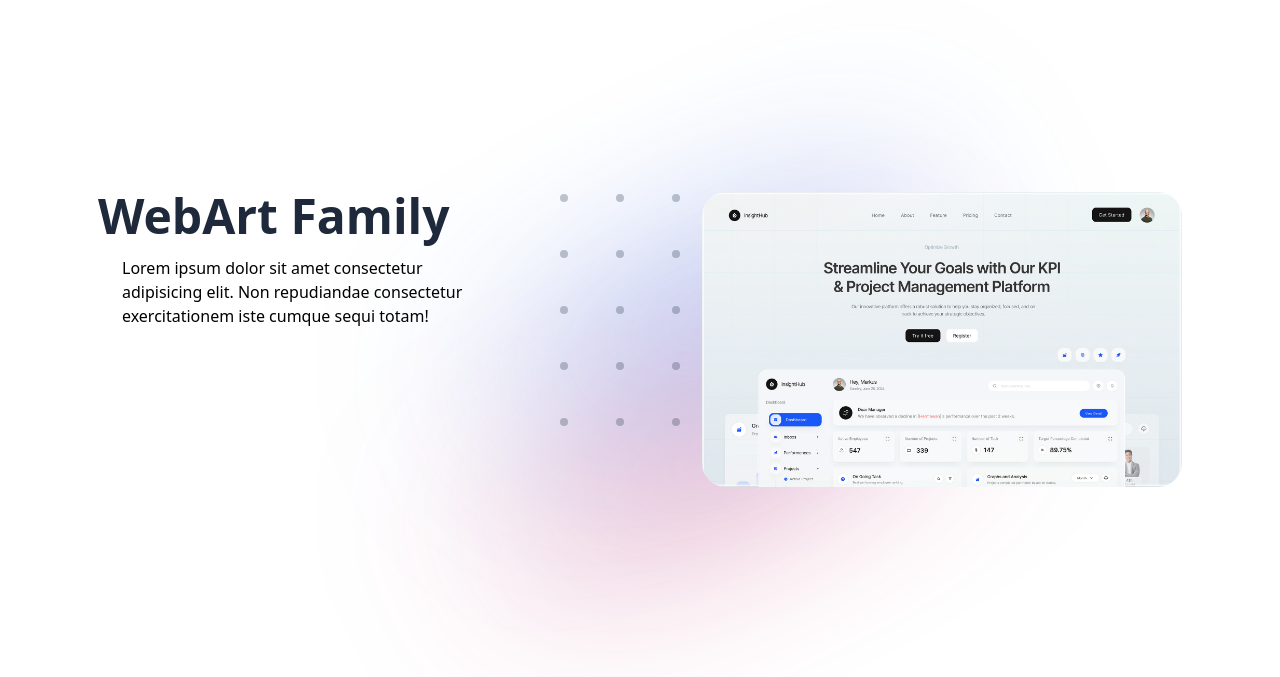
Repository: 30namp/youtube-web-art-code
Page: stunning landing page 1/index.html
An editor plug-in stored every save of this project. The page is shown before and after a run of saves, followed by the edit.
The browser window is 1280 px wide. The pictures show the whole page.

Above is the page before, as saved 2024-09-26 18:31:35.

After the next 3 saves:
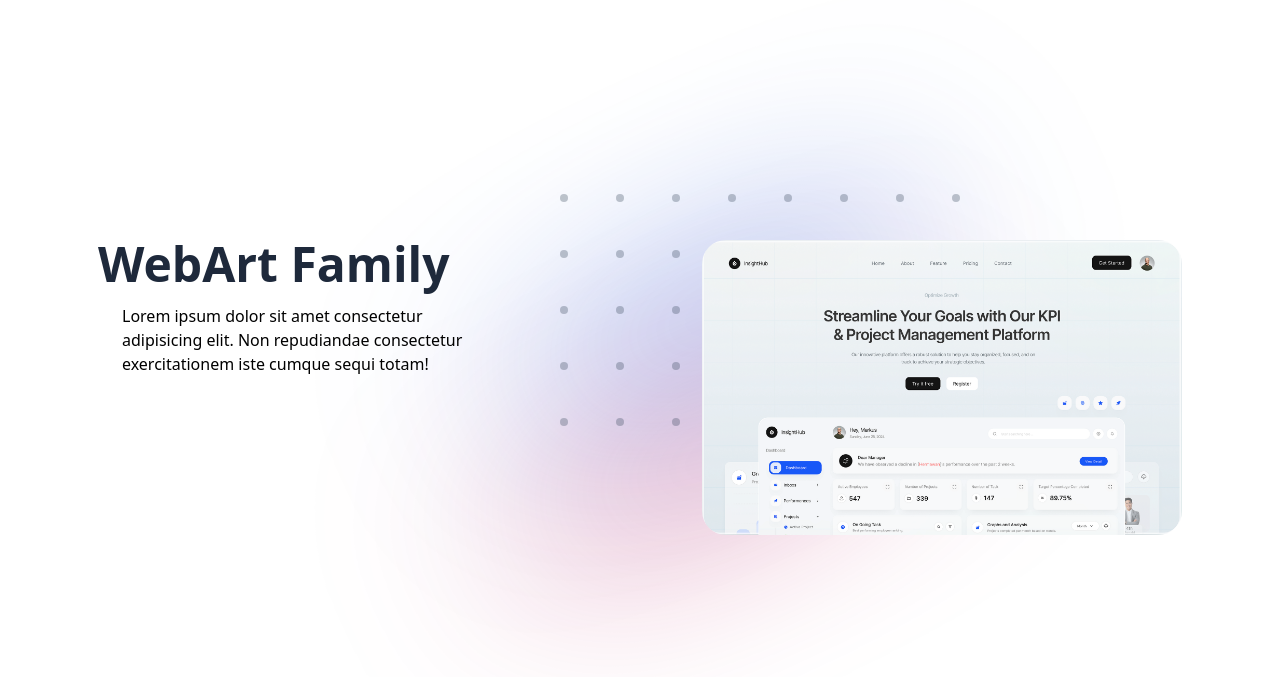
The 3 saves are shown as one change because they came seconds apart.
The last was saved 10 s later.
--- a/stunning landing page 1/index.html
+++ b/stunning landing page 1/index.html
@@ -56,7 +56,7 @@
       <div class="rounded-full bg-slate-700/30 size-2 shadow-lg"></div>
     </div>
 
-    <div class="hero-section relative pt-48 flex justify-around items-start">
+    <div class="hero-section relative pt-60 flex justify-around items-start">
       <div class="content flex flex-col gap-4">
         <h1 class="text-5xl font-bold text-slate-800">WebArt Family</h1>
         <div class="description ml-6 w-96">
